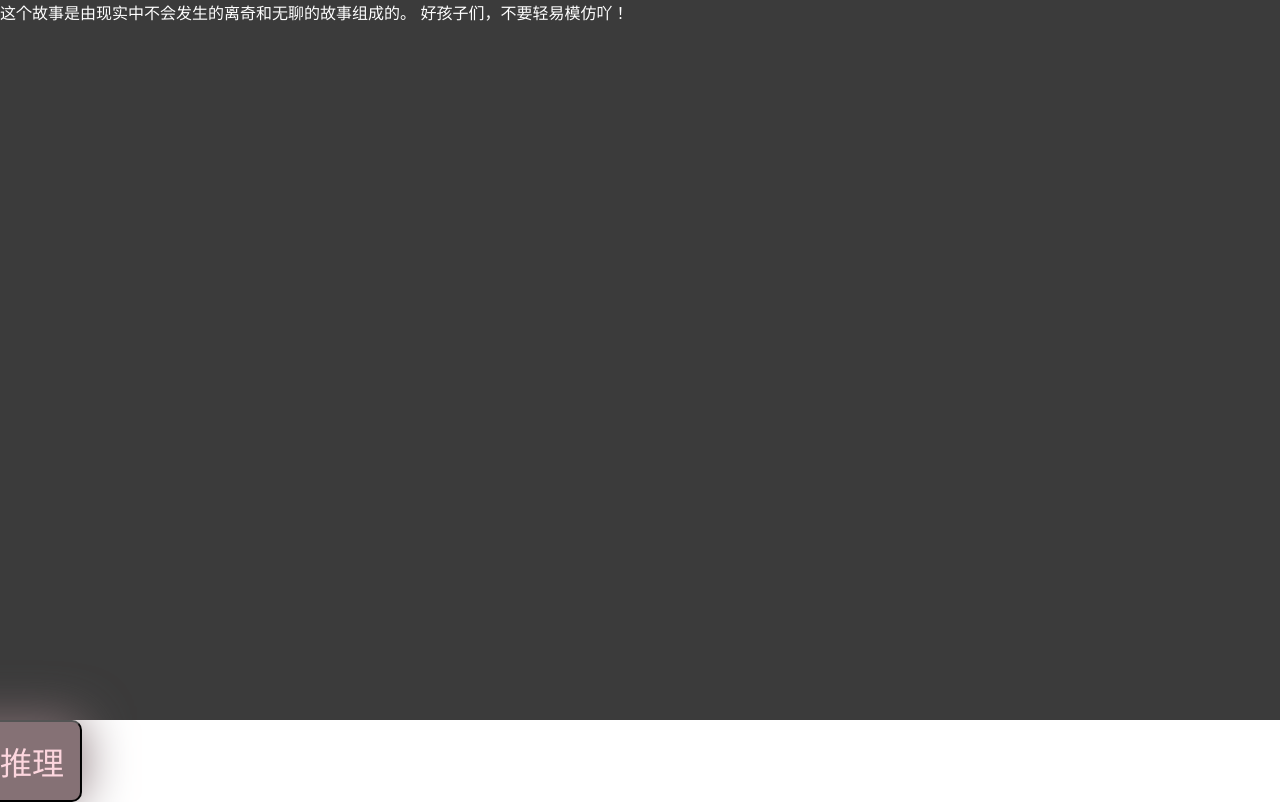
Repository: Jofali/reasoning-genius
Page: /
The author's editor kept a copy of each file at every save. The page is drawn from the files as they stood at one save, then again after a run of saves.
The browser window is 1280 px wide. The pictures show the whole page.
The project was rebuilt for these pictures with package versions that can differ from the ones it lists, and the page was loaded fresh each time. Also part of the build but not shown: src/part1/part1.css, src/part1/part1.js, src/part2/part2.css, src/part2/part2.js, src/title/title.css, src/title/title.js, src/inventory/inventory.css, src/inventory/inventory.js and 2 more.

Above is the page before, as saved 2019-05-22 17:39:49.

### public/index.html
<!DOCTYPE html>
<html lang="en">
  <head>
    <meta charset="utf-8" />
    <link rel="shortcut icon" href="%PUBLIC_URL%/favicon.ico" />
    <meta name="viewport" content="width=device-width, initial-scale=1" />
    <meta name="theme-color" content="#000000" />
    <!--
      manifest.json provides metadata used when your web app is installed on a
      user's mobile device or desktop. See https://developers.google.com/web/fundamentals/web-app-manifest/
    -->
    <link rel="manifest" href="%PUBLIC_URL%/manifest.json" />
    <!--
      Notice the use of %PUBLIC_URL% in the tags above.
      It will be replaced with the URL of the `public` folder during the build.
      Only files inside the `public` folder can be referenced from the HTML.

      Unlike "/favicon.ico" or "favicon.ico", "%PUBLIC_URL%/favicon.ico" will
      work correctly both with client-side routing and a non-root public URL.
      Learn how to configure a non-root public URL by running `npm run build`.
    -->
    <title>Reasoning Genius</title>
  </head>
  <body>
    <noscript>You need to enable JavaScript to run this app.</noscript>
    <div id="root"></div>
    <!--
      This HTML file is a template.
      If you open it directly in the browser, you will see an empty page.

      You can add webfonts, meta tags, or analytics to this file.
      The build step will place the bundled scripts into the <body> tag.

      To begin the development, run `npm start` or `yarn start`.
      To create a production bundle, use `npm run build` or `yarn build`.
    -->
  </body>
</html>

### src/index.css
body {
  margin: 0;
  font-family: -apple-system, BlinkMacSystemFont, "Segoe UI", "Roboto", "Oxygen",
    "Ubuntu", "Cantarell", "Fira Sans", "Droid Sans", "Helvetica Neue",
    sans-serif;
  -webkit-font-smoothing: antialiased;
  -moz-osx-font-smoothing: grayscale;
}

code {
  font-family: source-code-pro, Menlo, Monaco, Consolas, "Courier New",
    monospace;
}

#root {
  height: 100%;
}

*{
  padding: 0;
  margin: 0;
}

html,body {
  height: 100%;
}

.sw-enter {
  opacity: 0;
}
.sw-enter-active {
  opacity: 1;
  transform: translateX(0);
  transition: opacity 300ms, transform 300ms;
}
.sw-exit {
  opacity: 1;
}
.sw-exit-active {
  opacity: 0;
  transition: opacity 300ms, transform 300ms;
}

### src/App.js
import React, { Component } from 'react';
import { CSSTransition } from 'react-transition-group';

import Partwrap from './partwrap/partwrap';
import Begin from './begin/begin';

import './App.css';
import arrNext from './assets/arrnext.svg';

class App extends Component {
  constructor(props) {
    super(props);
    this.state = {
      content: <Begin />,
      arr: arrNext,
      arrStatus: "next",
      maxPartNum: 1,
      showPart: true
    };
    this.stepTo = this.stepTo.bind(this);
  }

  partNum = 0;
  timer = null;
  stepTo() {
    if(this.partNum === this.state.maxPartNum) {
      this.partNum = 0;
    } else {
      this.partNum += 1;
    }

    this.setshow(false);
    if(this.timer !== null) {
      clearTimeout(this.timer);
    }
    this.timer = setTimeout( () => {
      switch(this.partNum)
      {
        case 0:
          this.setState({ content: <Begin /> })
          this.setState({ arrStatus: "next" });
          break;
        case 1:
          this.setState({ content: <Partwrap /> })
          this.setState({ arrStatus: "prev" })
          break;
        default:
          this.setState({ content: <Begin /> })
      }
      this.setshow(true);
    }, 300);

  }

  setshow(bool) {
    this.setState({ showPart: bool })
  }

  componentDidMount() {

  }

  render() {
    return (
        <div className="App">
          <CSSTransition
              in={this.state.showPart}
              timeout={300}
              classNames="sw"
              unmountOnExit
            >
              { this.state.content }
          </CSSTransition>
          <button className="btn-game-begin-status" onClick={this.stepTo}>开始推理</button>
        </div>
    );
  }
}

export default App;

### src/begin/begin.js
import React from 'react';

import './begin.css';
function Title() {
  return (
      <div className="begin">
        <div className="begin-content-wrap">
          这个故事是由现实中不会发生的离奇和无聊的故事组成的。
          好孩子们，不要轻易模仿吖！
        </div>
      </div>
  );
}

export default Title;

### src/App.css
.App {
  width: 100%;
  height: 100%;
  background: rgb(253,214,222);
  position: relative;
}

.App img {
  width: 100%;
}

.btn-game-begin-status {
  bottom: 100px;
  left: 50%;
  background: rgb(133, 113, 117);
  padding: 1rem;
  font-size: 2rem;
  transform: translateX(-50%);
  color: rgb(253,214,222);
  border-radius: 10px;
  box-shadow: 0px 0px 50px rgb(133, 113, 117);
}

.btn-game-end-status {
  top: 100px;
  right: 10%;
}

.btn-game {
  position:absolute;
  border: none;

}

### src/begin/begin.css
.begin {
  width: 100%;
  height: 100%;
  background: rgb(59, 59, 59);
  color: #fff;
}

Loaded but not shown: src/index.js (common file); src/serviceWorker.js (common file)

After the next 2 saves:
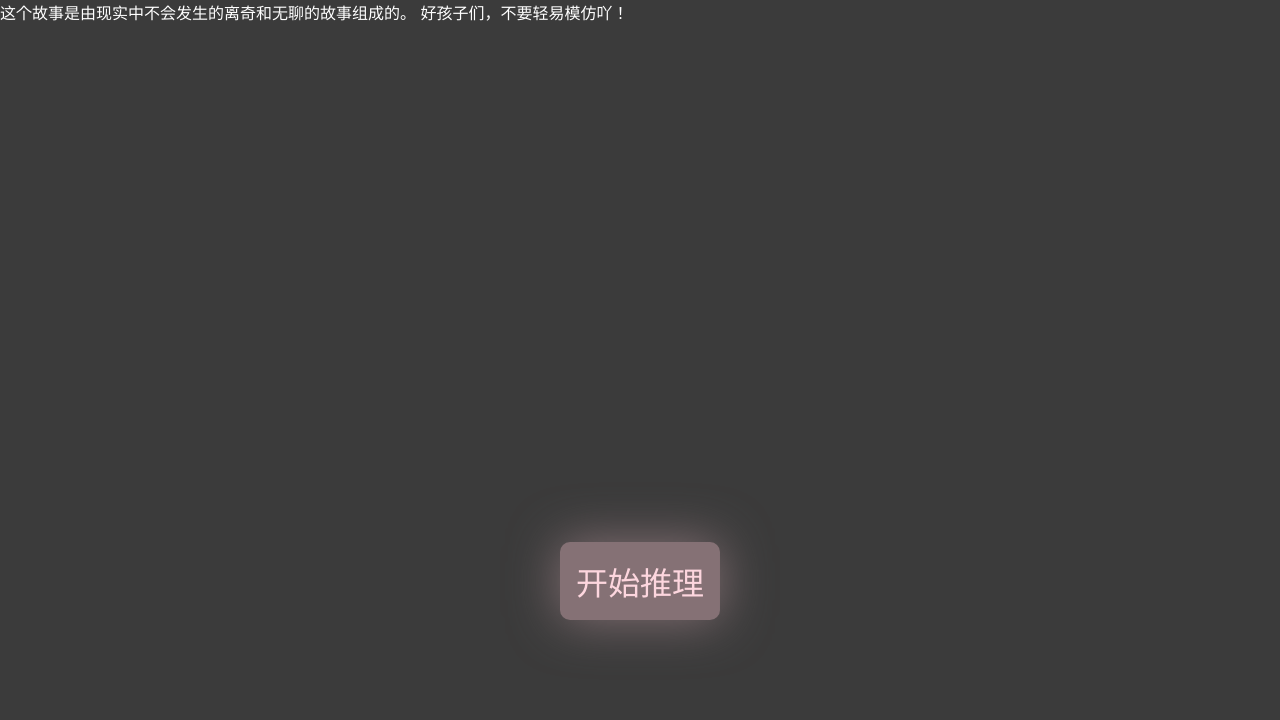
The 2 saves are shown as one change because they came seconds apart.
The last was saved 8 s later.
--- a/src/App.js
+++ b/src/App.js
@@ -71,7 +71,7 @@ class App extends Component {
             >
               { this.state.content }
           </CSSTransition>
-          <button className="btn-game-begin-status" onClick={this.stepTo}>开始推理</button>
+          <button className="btn-game btn-game-begin-status" onClick={this.stepTo}>开始推理</button>
         </div>
     );
   }
